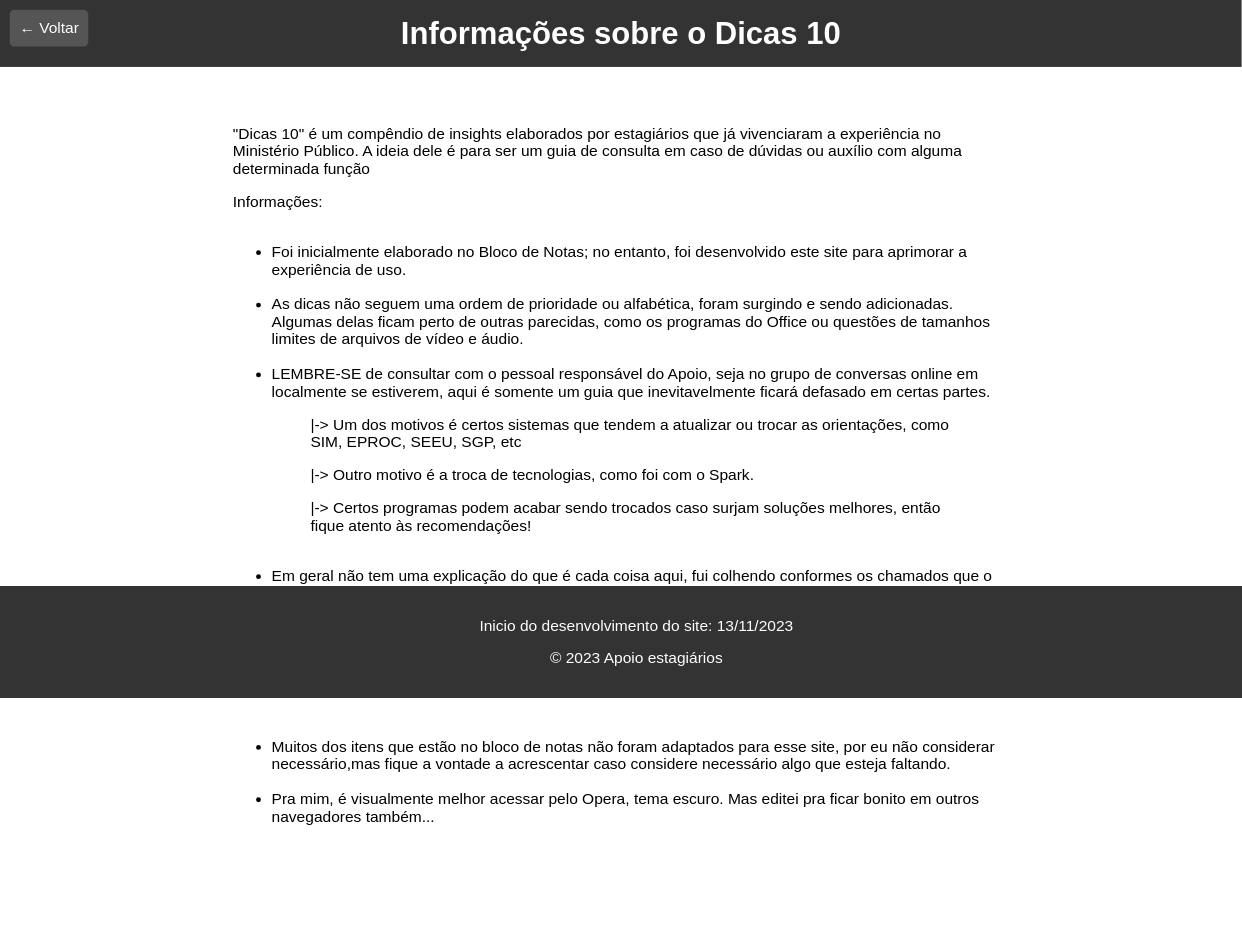
Repository: I4guito/dicasdez
Page: Dicas site/Sobre/sobre.html
An editor plug-in stored every save of this project. The page is shown before and after a run of saves, followed by the edit.
The browser window is 1280 px wide. The pictures show the whole page, at 97% of full size.

Above is the page before, as saved 2023-11-28 14:30:07.

After the next 2 saves:
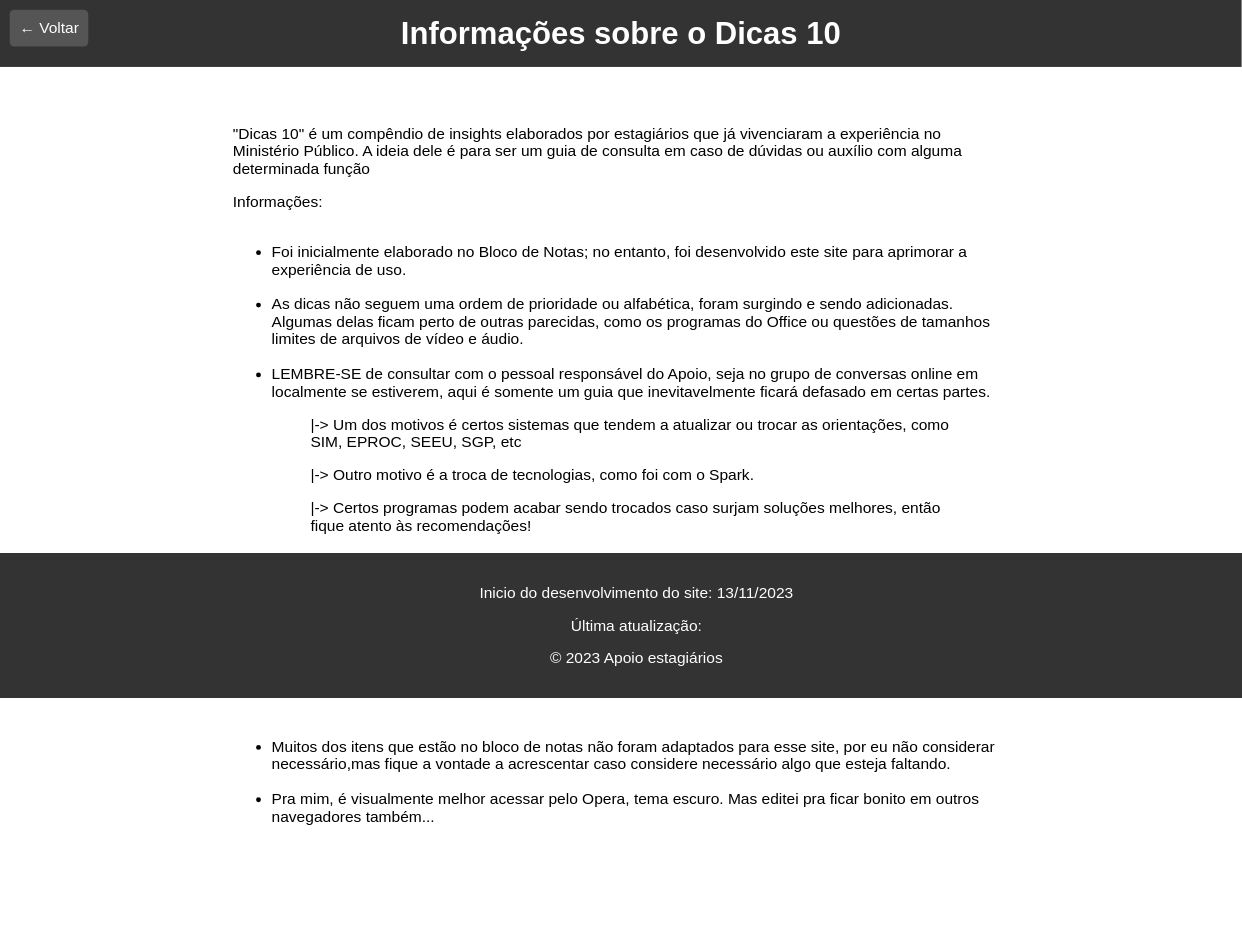
The 2 saves are shown as one change because they came seconds apart.
The last was saved 10 s later.
--- a/Dicas site/Sobre/sobre.html
+++ b/Dicas site/Sobre/sobre.html
@@ -40,7 +40,7 @@
 
     <footer>
         <p>Inicio do desenvolvimento do site: 13/11/2023 </p>
-        <p></p>
+        <p>Última atualização: </p>
         <p>© 2023 Apoio estagiários</p>
     </footer>
 
